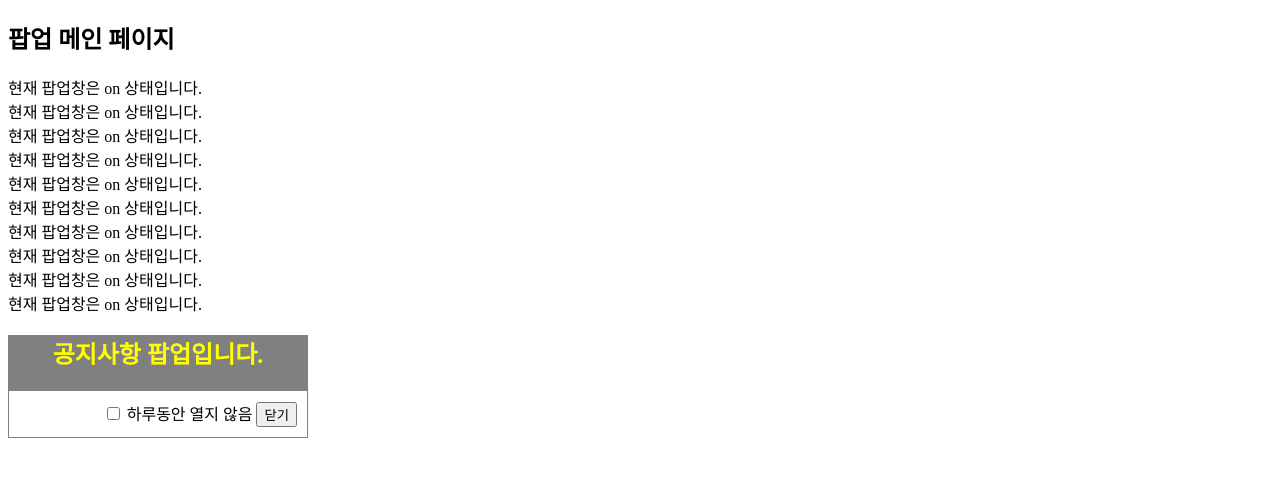
Repository: Motibidu/JSP_Servlet
Page: http://localhost/MushHaveJsp/04Cookie/PopupMain.jsp
These files come from the project's save history. The page is drawn as it stood at one moment and after the next save; the edit follows.
The browser window is 1280 px wide. The pictures show the whole page.
The page is served by Tomcat 10.

Above is the page before, as saved 2025-05-07 06:09:59.

After the next save:
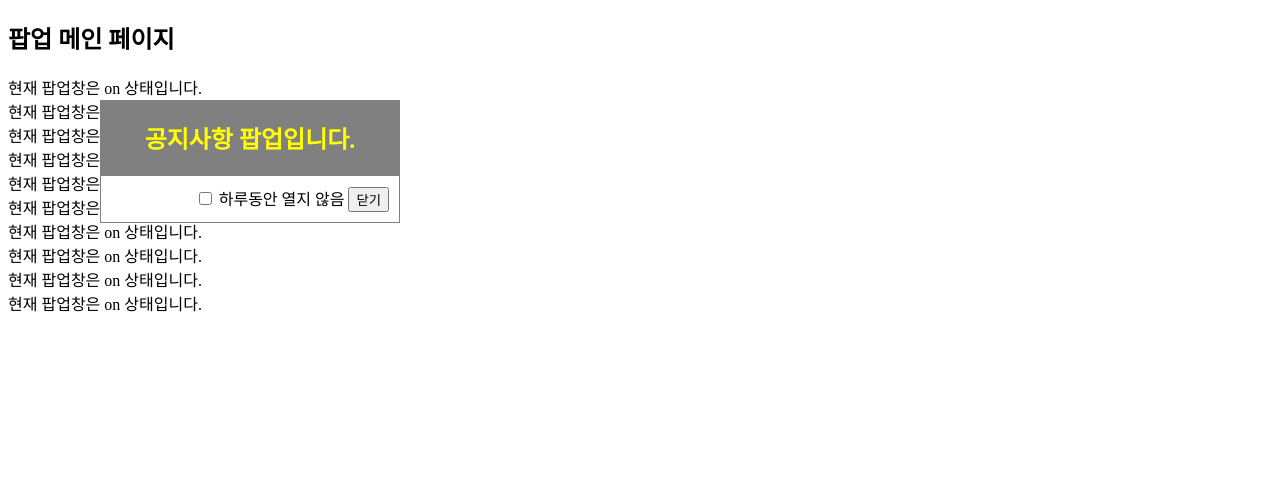
Saved 43 s later.
--- a/MushHaveJsp/src/main/webapp/04Cookie/PopupMain.jsp
+++ b/MushHaveJsp/src/main/webapp/04Cookie/PopupMain.jsp
@@ -24,7 +24,7 @@ if (cookies != null) {
 
 <style>
 div#popup {
-	position: absolute, top: 100px;
+	position: absolute; top: 100px;
 	left: 100px;
 	color: yellow;
 	width: 300px;
